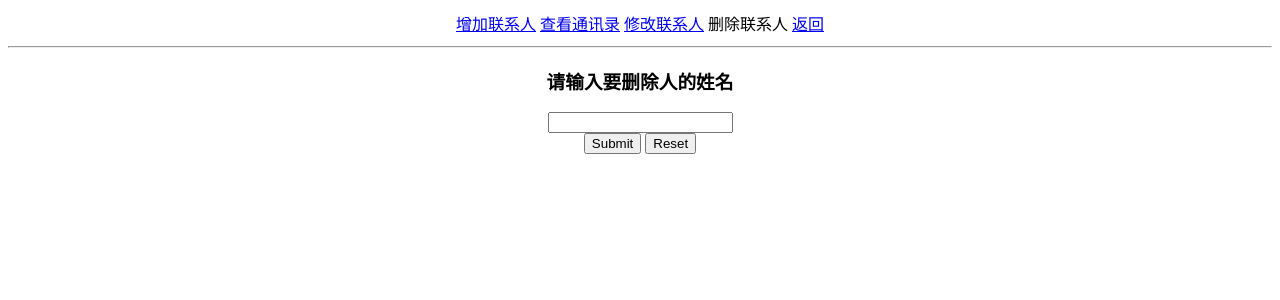
Repository: zy840055899/old-workspace
Page: http://localhost/PIMS/friendManager/deleteFriend.jsp
An editor plug-in stored every save of this project. The page is shown before and after the next save, followed by the edit.
The browser window is 1280 px wide. The pictures show the whole page.
The page is served by Tomcat 9. Other server files are loaded and not shown.

Above is the page before, as saved 2014-03-16 10:24:23.

### PIMS/WebContent/friendManager/deleteFriend.jsp
<%@ page language="java" contentType="text/html; charset=UTF-8"
    pageEncoding="UTF-8"%>
<!DOCTYPE html PUBLIC "-//W3C//DTD HTML 4.01 Transitional//EN" "http://www.w3.org/TR/html4/loose.dtd">
<html>
<head>
<meta http-equiv="Content-Type" content="text/html; charset=UTF-8">
<title>Insert title here</title>
</head>
<body>

<center>

<table>

<tr>
<td><a href="http://localhost:8080/PIMS/friendManager/addFriend.jsp">增加联系人</a></td>
<td><a href="http://localhost:8080/PIMS/friendManager/lookFriend.jsp">查看通讯录</a></td>
<td><a href="http://localhost:8080/PIMS/friendManager/lookFriend.jsp">修改联系人</a></td>
<td>删除联系人</td>
<td><a href="http://localhost:8080/PIMS/main/main.jsp">返回</a></td>
</tr>

</table><hr>

<form action="http://localhost:8080/PIMS/DeleteFriendServlet">

<h3>请输入要删除人的姓名</h3>

<input type="text" name="name"><br>
<input type="submit" name="">
<input type="reset" name="重置">














</form>



















</center>












</body>
</html>

After the next save:
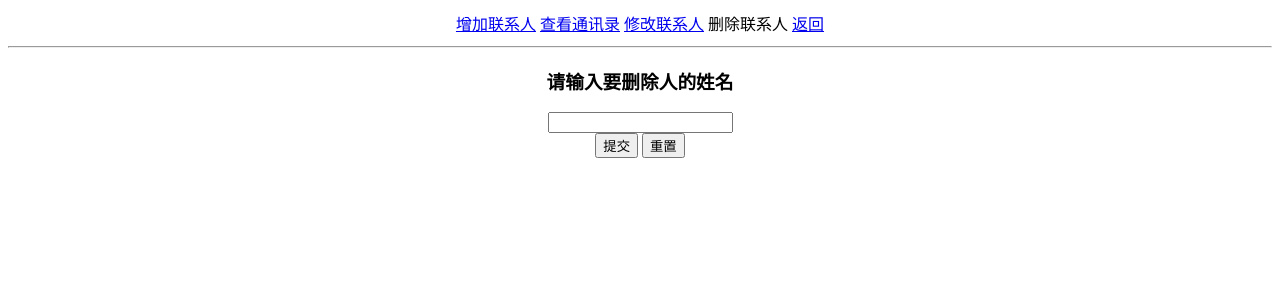
Saved 25 s later.
--- a/PIMS/WebContent/friendManager/deleteFriend.jsp
+++ b/PIMS/WebContent/friendManager/deleteFriend.jsp
@@ -27,8 +27,8 @@
 <h3>请输入要删除人的姓名</h3>
 
 <input type="text" name="name"><br>
-<input type="submit" name="">
-<input type="reset" name="重置">
+<input type="submit" value="提交">
+<input type="reset" value="重置">
 
 
 
